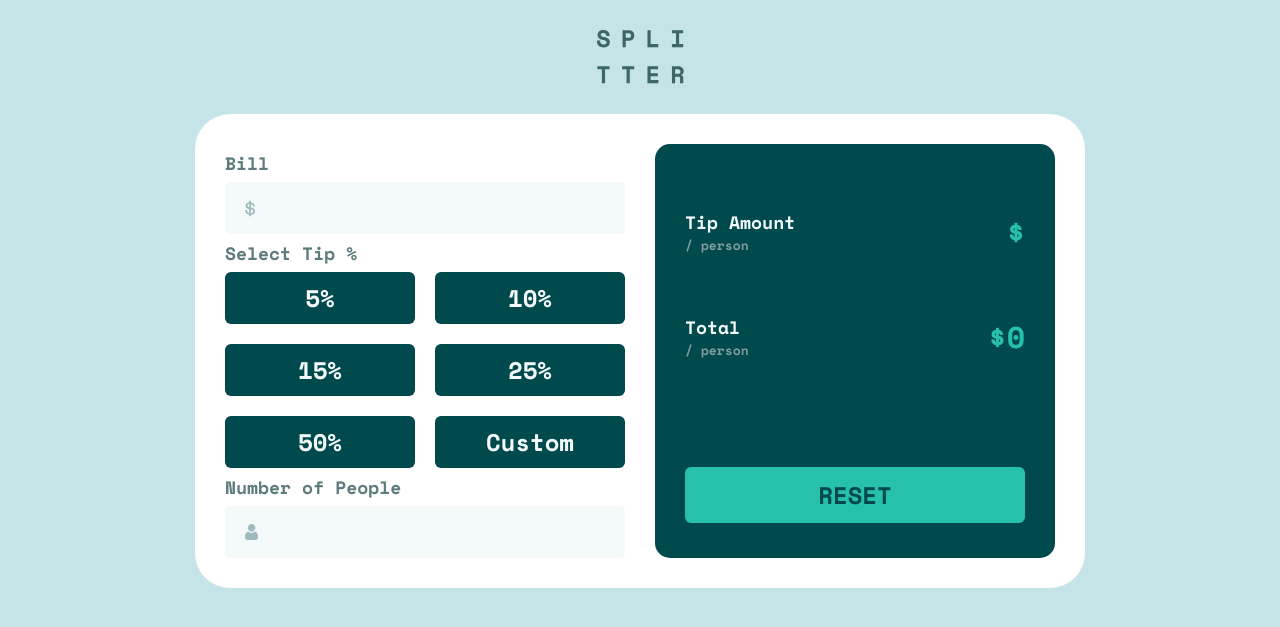
Repository: tomas938/tipcalculator
Page: /
An editor plug-in stored every save of this project. The page is shown before and after a run of saves, followed by the edit.
The browser window is 1280 px wide. The pictures show the whole page.
The project was rebuilt for these pictures with package versions that can differ from the ones it lists, and the page was loaded fresh each time.

Above is the page before, as saved 2021-08-04 13:14:02.

After the next 2 saves:
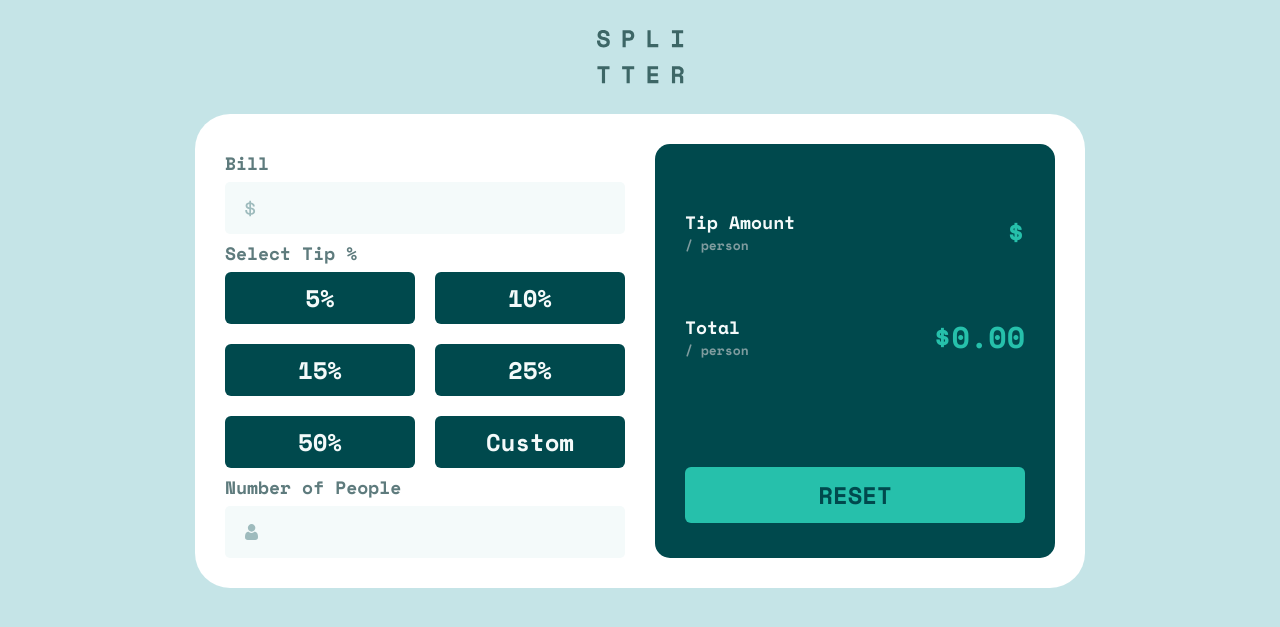
The 2 saves are shown as one change because 1 did not build or start.
The last was saved 21 s later.
--- a/src/components/Splitter.vue
+++ b/src/components/Splitter.vue
@@ -55,7 +55,7 @@
 							<span>/ person</span>
 						</div>
 						<div class="price">
-							<p>${{ bill ? bill : 0.0 }}</p>
+							<p>${{ bill ? bill : "0.00" }}</p>
 						</div>
 					</div>
 					<div class="result"></div>
